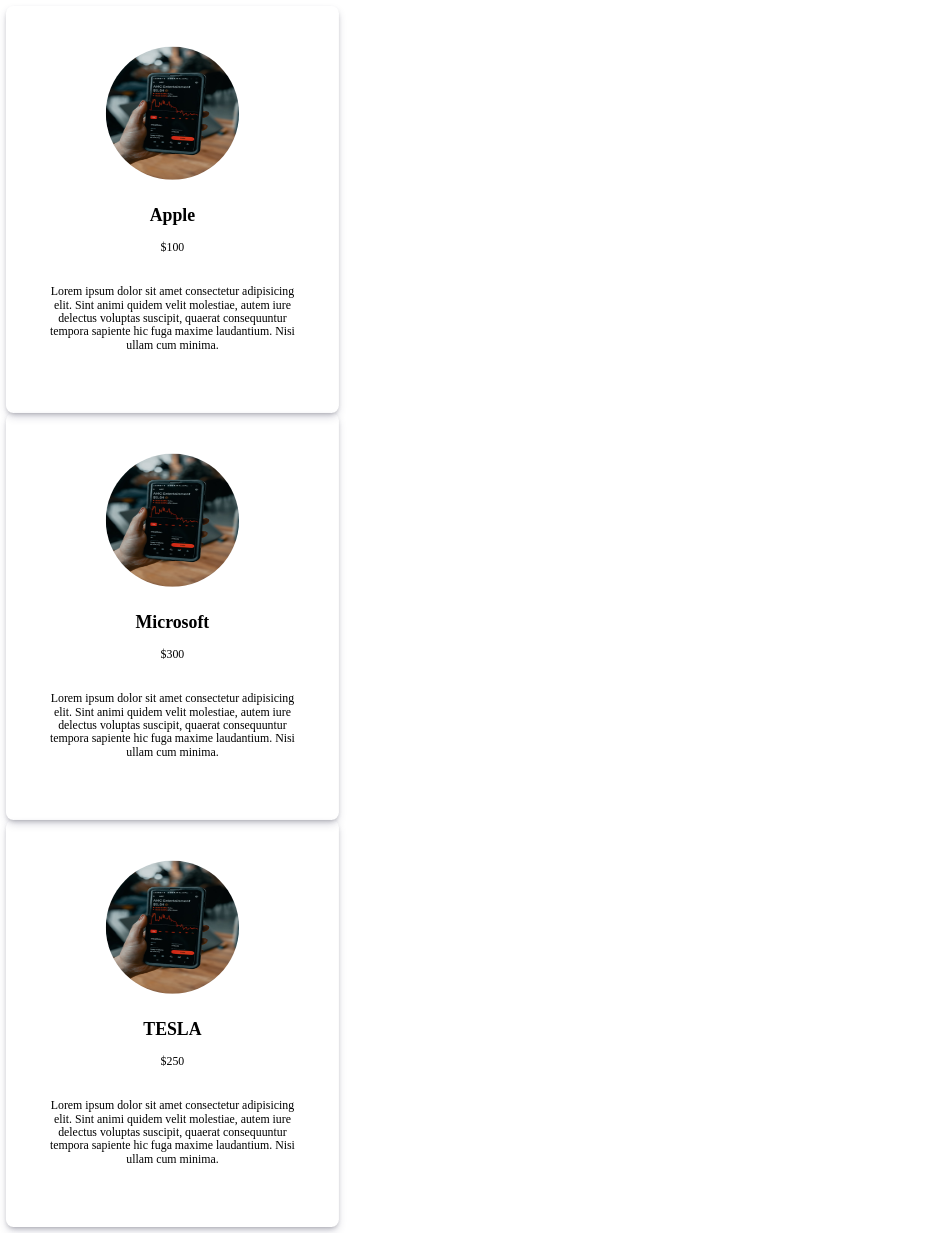
Repository: sinarinzifabrice/TradeTiger
Page: / (app in frontend/)
An editor plug-in stored every save of this project. The page is shown before and after a run of saves, followed by the edit.
The browser window is 1280 px wide. The pictures show the whole page, at 74% of full size.
The project was rebuilt for these pictures with package versions that can differ from the ones it lists, and the page was loaded fresh each time. Also part of the build but not shown: frontend/src/index.css.

Above is the page before, as saved 2024-04-02 14:38:46.

After the next 4 saves:
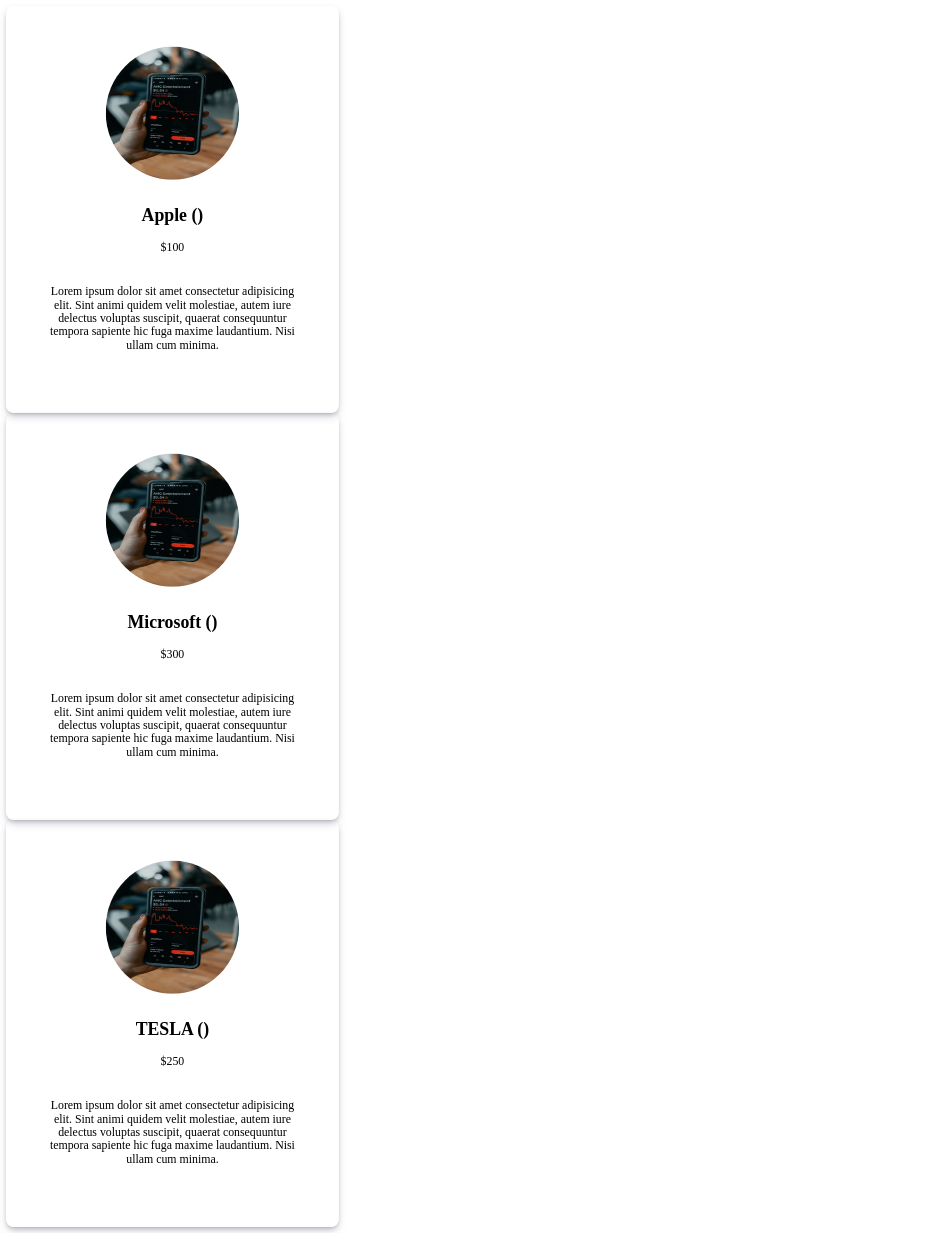
The 4 saves are shown as one change because they came seconds apart.
The last was saved 81 s later.
--- a/frontend/src/Components/Card/Card.tsx
+++ b/frontend/src/Components/Card/Card.tsx
@@ -13,7 +13,7 @@
             alt="image"
       />
       <div className="details">
-        <h2>{compagnyName}</h2>
+        <h2>{compagnyName} ({})</h2>
         <p>${price}</p>
       </div>
       <p className="info">
